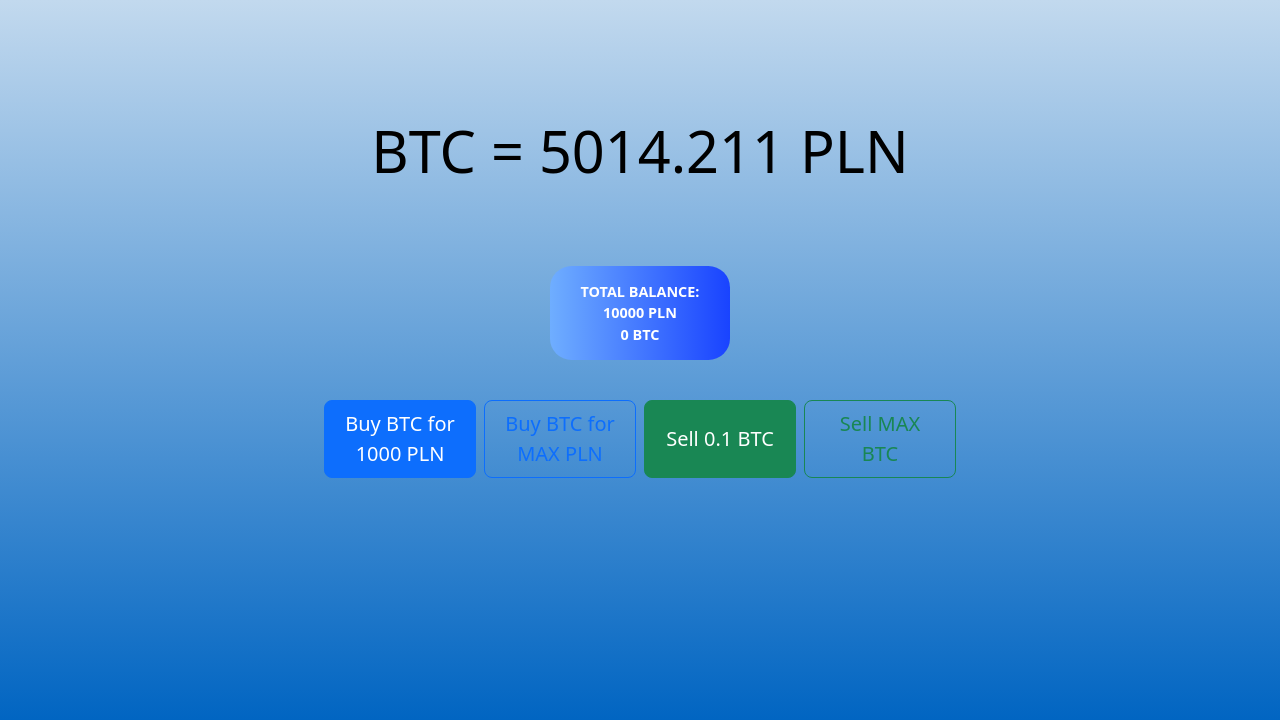
Repository: michalgornicki/bitcoin-virtual
Page: /
The author's editor kept a copy of each file at every save. The page is drawn from the files as they stood at one save, then again after the next save.
The browser window is 1280 px wide. The pictures show the whole page.
The project was rebuilt for these pictures with package versions that can differ from the ones it lists, and the page was loaded fresh each time.

Above is the page before, as saved 2021-12-05 22:51:33.

### src/App.jsx
import React, { useState, useEffect } from "react";
import "./App.css";
import Button from "react-bootstrap/Button";
import "bootstrap/dist/css/bootstrap.min.css";

function App() {
  const [bitcoinPrice, setBitcoinPrice] = useState(5000);
  const [accountPLN, setAccountPLN] = useState(10000);
  const [accountBTC, setAccountBTC] = useState(0);

  const bitcoin = () => {
    let randomNumber = parseFloat((Math.random() * 20 - 10).toFixed(3));
    setBitcoinPrice((bitcoinPrice) =>
      parseFloat((bitcoinPrice + randomNumber).toFixed(3))
    );
    console.log(bitcoinPrice);

    setTimeout(bitcoin, 1000);
  };

  const buyBitcoin = () => {
    if (accountPLN >= 1000) {
      setAccountPLN(accountPLN - 1000);
      setAccountBTC((accountBTC) =>
        parseFloat((accountBTC + 1000 / bitcoinPrice).toFixed(6))
      );
      console.log(accountBTC);
    } else {
      setAccountPLN(0);
      setAccountBTC((accountBTC) =>
        parseFloat((accountBTC + accountPLN / bitcoinPrice).toFixed(6))
      );
    }
  };

  const buyMAXBitcoin = () => {
      setAccountPLN(0);
      setAccountBTC((accountBTC) =>
        parseFloat((accountBTC + accountPLN/bitcoinPrice).toFixed(6))
      );
      console.log(accountBTC);
  };

  const sellBitcoin = () => {
    if (accountBTC >= 0.1) {
      setAccountPLN(parseFloat((accountPLN + bitcoinPrice / 10).toFixed(6)));
      setAccountBTC((accountBTC) => parseFloat((accountBTC - 0.1).toFixed(6)));
      console.log(accountBTC);
    } else {
      setAccountPLN(
        parseFloat((accountPLN + bitcoinPrice * accountBTC).toFixed(6))
      );
      setAccountBTC((accountBTC) => parseFloat((0).toFixed(6)));
    }
  };

  const sellMAXBitcoin = () => {
      setAccountPLN(parseFloat((accountPLN + bitcoinPrice*accountBTC).toFixed(6)));
      setAccountBTC(0);
      console.log(accountBTC);
  };

  useEffect(() => {
    bitcoin();
  }, []);

  return (
    <div className="wrapper">
      <div className="price">BTC = {bitcoinPrice} PLN</div>
      <div className="account-container">
        <div className="account">TOTAL BALANCE:</div>
        <div className="account">{accountPLN} PLN</div>
        <div className="account">{accountBTC} BTC</div>
      </div>

      <div className="button-container w-50 m-auto">
        <Button variant="primary m-1 btn-lg w-50" onClick={buyBitcoin}>
          Buy BTC for 1000 PLN
        </Button>
        <Button variant="outline-primary m-1 btn-lg w-50" onClick={buyMAXBitcoin}>
          Buy BTC for MAX PLN
        </Button>
        <Button variant="success m-1 btn-lg w-50" onClick={sellBitcoin}>
          Sell 0.1 BTC
        </Button>
        <Button variant="outline-success m-1 btn-lg w-50" onClick={sellMAXBitcoin}>
          Sell MAX BTC
        </Button>
      </div>
    </div>
  );
}

export default App;

### src/App.css

body{
    font-family:'Segoe UI', Tahoma, Geneva, Verdana, sans-serif;
    user-select: none;
}

.wrapper{
    background: linear-gradient(rgb(194, 217, 238), rgb(1, 101, 194));
    height: 100vh;
}

.price{
    font-size: 8vmin;
    display: block;
    margin: auto;
    padding-top: 15vmin;
    text-align: center;
    width: 50%;
    color: rgb(0, 0, 0);
}

.account-container{
    display: block;
    margin: auto;
    margin-top: 10vmin;
    margin-bottom: 5vmin;
    background: linear-gradient(to left, rgb(25, 67, 255), rgb(111, 174, 255));
    color: white;
    padding: 2vmin;
    border-radius: 3vmin;
    width: 14%;
}

.account{
    font-size: 2vmin;
    font-weight: 600;
    display: block;
    margin: auto;
    text-align: center;
}

.button-container{
    display: flex;
    justify-content: center;
}

.button{
    height: 10vmin;
    width: 10vmin;
    background-color: green;
    color: white;
    text-align: center;
    display: block;
    margin: 2vmin;
    margin-top: 10vmin;
    cursor: pointer;
}

Loaded but not shown: public/index.html (common file); src/index.js (common file); src/index.css (common file); src/reportWebVitals.js (common file)

After the next save:
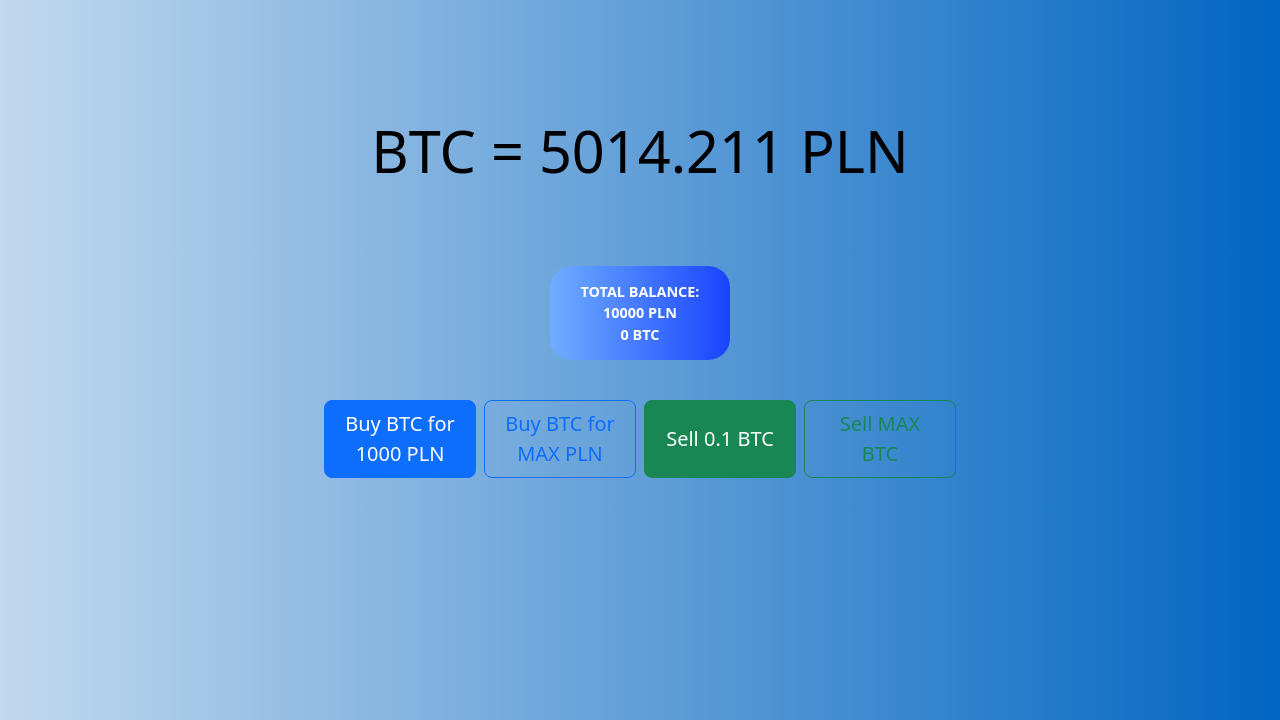
Saved 8 s later.
--- a/src/App.css
+++ b/src/App.css
@@ -5,7 +5,7 @@ body{
 }
 
 .wrapper{
-    background: linear-gradient(rgb(194, 217, 238), rgb(1, 101, 194));
+    background: linear-gradient(to right, rgb(194, 217, 238), rgb(1, 101, 194));
     height: 100vh;
 }
 
